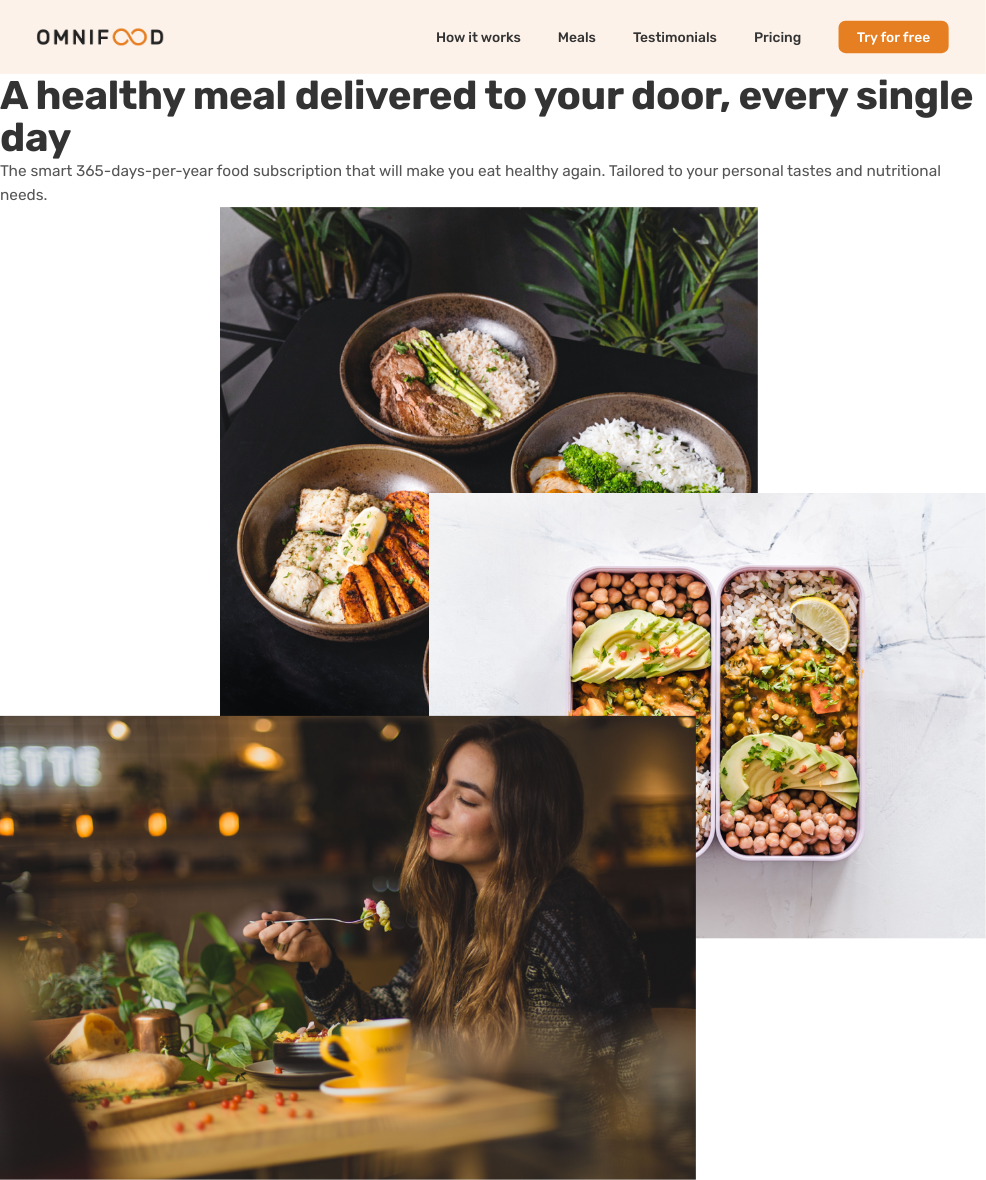
Repository: longvuht/omnifood-vu-nl
Page: index.html
An editor plug-in stored every save of this project. The page is shown before and after a run of saves, followed by the edit.
The browser window is 1280 px wide. The pictures show the whole page, at 77% of full size.
The style sheet was rebuilt from its Sass, Less or Tailwind sources for each picture, by a compiler version that may differ from the author's.

Above is the page before, as saved 2022-09-18 17:33:49.

### index.html
<!DOCTYPE html>
<html lang="en">
  <head>
    <meta charset="UTF-8" />
    <meta name="viewport" content="width=device-width, initial-scale=1.0" />
    <link rel="preconnect" href="https://fonts.googleapis.com" />
    <link rel="preconnect" href="https://fonts.gstatic.com" crossorigin />
    <link
      href="https://fonts.googleapis.com/css2?family=Rubik:wght@400;500;600;700&display=swap"
      rel="stylesheet"
    />
    <link rel="stylesheet" href="./css/style.css" />
    <title>Omnifood vu-nl</title>
  </head>
  <body>
    <div class="wrapper">
      <header class="header">
        <div class="header__container">
          <div class="header__logo">
            <a href="#none" class="header__link"
              ><img
                src="./image/omnifood-logo.png"
                alt="logo omnifood-logo"
                class="header__image"
            /></a>
          </div>
          <div class="header__menu">
            <ul class="header__list">
              <li class="header__item">
                <a href="#none" class="header__link">How it works</a>
              </li>
              <li class="header__item">
                <a href="#none" class="header__link">Meals</a>
              </li>
              <li class="header__item">
                <a href="#none" class="header__link">Testimonials</a>
              </li>
              <li class="header__item">
                <a href="#none" class="header__link">Pricing</a>
              </li>
              <li class="header__item">
                <a href="#none" class="header__link">Try for free</a>
              </li>
            </ul>
          </div>
        </div>
      </header>
      <section class="hero">
        <div class="hero__container">
          <div class="hero__info">
            <h1 class="hero__heading">
              A healthy meal delivered to your door, every single day
            </h1>
            <p class="text-lg hero__desc">
              The smart 365-days-per-year food subscription that will make you
              eat healthy again. Tailored to your personal tastes and
              nutritional needs.
            </p>
            <a href="#none" class="button button--primary"></a>
            <a href="#none" class="button button--secondary"></a>
          </div>
          <div class="hero__image">
            <img
              src="./image/hero.png"
              alt="woman enjoying food, meals in strorage container, and food bowls on a table"
            />
          </div>
        </div>
      </section>
    </div>
  </body>
</html>

### sass/app.scss
@import "reset";
@import "variables";
@import "typography";
@import "global";
@import "header";
@import "hero";

### sass/_reset.scss
html {
  box-sizing: border-box;
}
* {
  margin: 0;
  padding: 0;
}
*,
*:before,
*:after {
  box-sizing: border-box;
}
input,
textarea,
select,
button {
  outline: none;
}
input {
  line-height: normal;
}
label,
button {
  cursor: pointer;
}
a {
  text-decoration: none;
}
img {
  display: block;
  max-width: 100%;
}
html {
  font-size: 62.5%;
}

### sass/_variables.scss
$primary-color: #fdf2e9;
$secondary-color: #e67e22;
$heading-color: #333;
$logo-color: #808080;
$text-color: #555;
$font: "Rubik", sans-serif;

### sass/_typography.scss
h1 {
  font-size: 5.2rem;
  font-weight: 700;
  letter-spacing: -0.5px;
  line-height: calc(54.6 / 52);
  color: $heading-color;
}
h2 {
  font-size: 4.4rem;
  font-weight: 700;
  letter-spacing: -0.5px;
  line-height: calc(52.8 / 44);
  color: $heading-color;
}
h3 {
  font-size: 3rem;
  font-weight: 700;
  letter-spacing: -0.5px;
  line-height: calc(36 / 30);
  counter-reset: $heading-color;
}
.text-lg {
  font-size: 2rem;
  line-height: calc(32 / 20);
}

### sass/_global.scss
body {
  font-family: $font;
  font-size: 1.8rem;
  line-height: 1;
  font-weight: 400;
  color: #555;
}
.container {
  max-width: 120rem;
  margin: 0 auto;
}

### sass/_header.scss
.header {
  &__container {
    padding: 2.7rem 4.8rem;
    background-color: $primary-color;
    display: flex;
    justify-content: space-between;
    align-items: center;
  }
  &__image {
    height: 2.2rem;
  }
  &__list {
    display: flex;
    justify-content: space-between;
    align-items: center;
    gap: 0 4.8rem;
    list-style-type: none;
  }
  &__item {
    &:last-child {
      padding: 1.2rem 2.4rem;
      color: #fff;
      background-color: $secondary-color;
      border-radius: 0.9rem;
      & .header__link {
        color: #fff;
      }
    }
  }
  &__link {
    color: $heading-color;
    font-weight: 500;
  }
}

Loaded but not shown: sass/_hero.scss (no stored copy; drawn as an empty file)

After the next 2 saves:
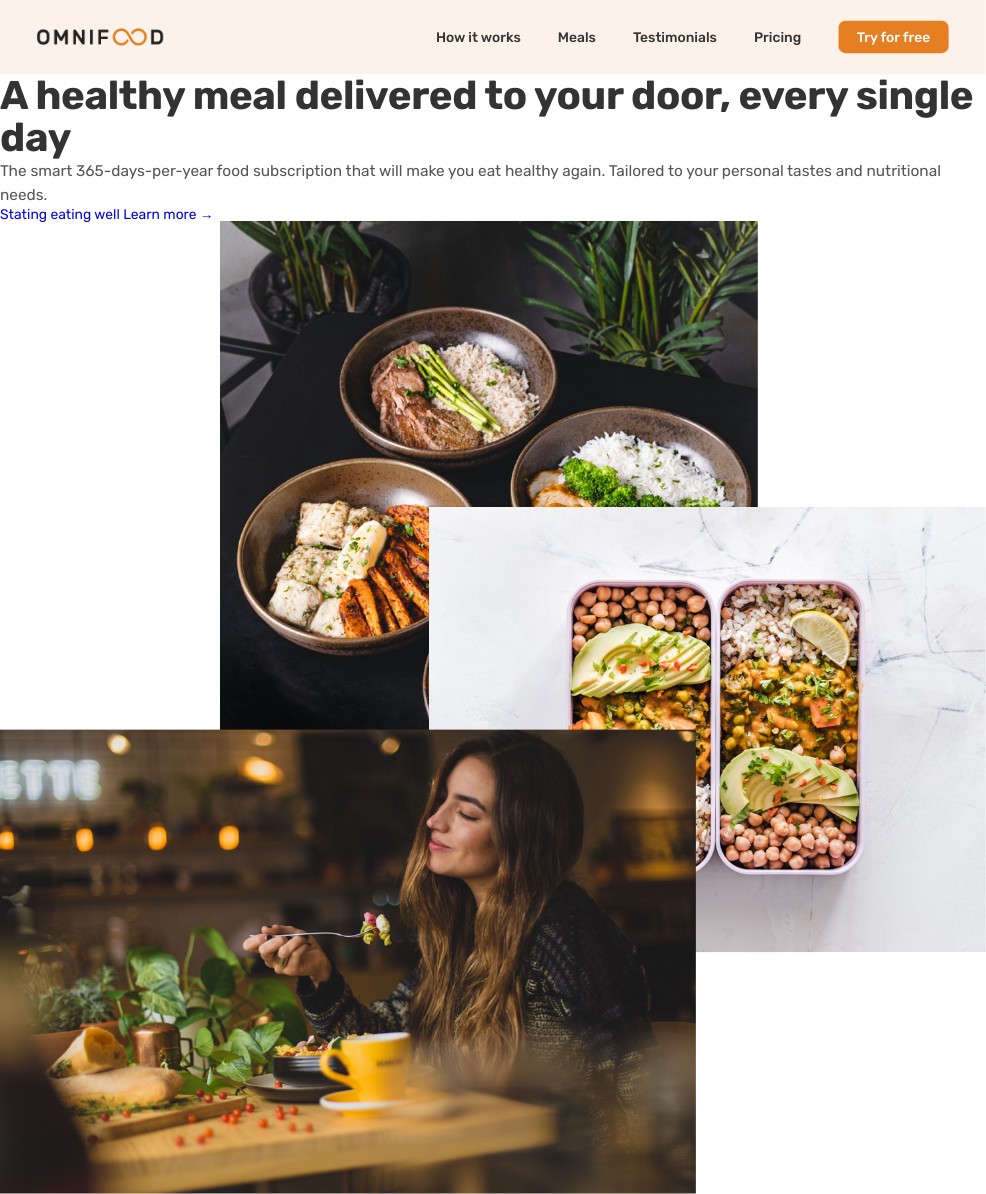
The 2 saves are shown as one change because they came seconds apart.
The last was saved 38 s later.
--- a/index.html
+++ b/index.html
@@ -56,8 +56,12 @@
               eat healthy again. Tailored to your personal tastes and
               nutritional needs.
             </p>
-            <a href="#none" class="button button--primary"></a>
-            <a href="#none" class="button button--secondary"></a>
+            <a href="#none" class="button button--primary"
+              >Stating eating well</a
+            >
+            <a href="#none" class="button button--secondary"
+              >Learn more &rarr;</a
+            >
           </div>
           <div class="hero__image">
             <img
